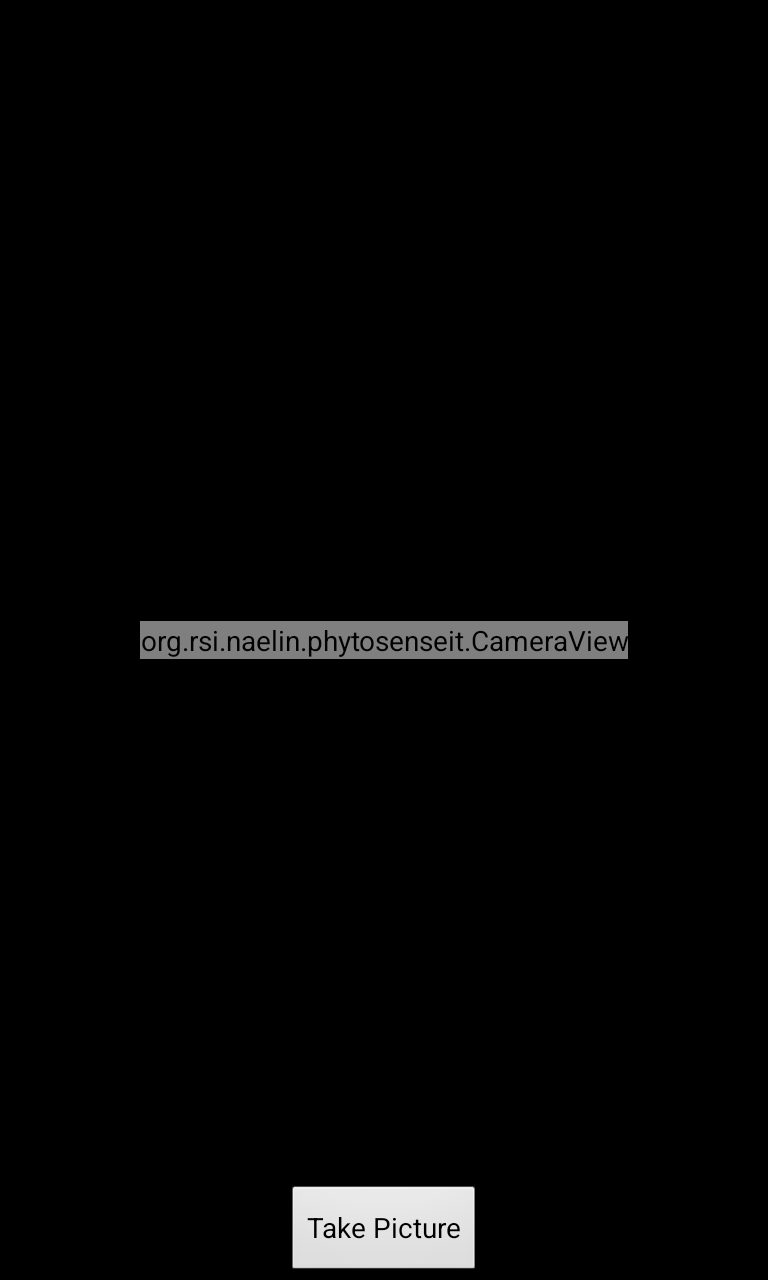
Repository: justnaelin/PhytoSenseIt-app
Layout: PhytoSenseIt/res/layout/activity_main.xml
An editor plug-in stored every save of this project. The layout is shown before and after the next save, followed by the edit.
Pictures or frames that could not be fetched are drawn as grey boxes. It is drawn on a 768 x 1280 px phone screen (xhdpi) without system bars, with theme android:Theme.NoTitleBar.Fullscreen; the app's code is not run.

Above is the layout before, as saved 2015-07-29 18:07:32.

After the next save:
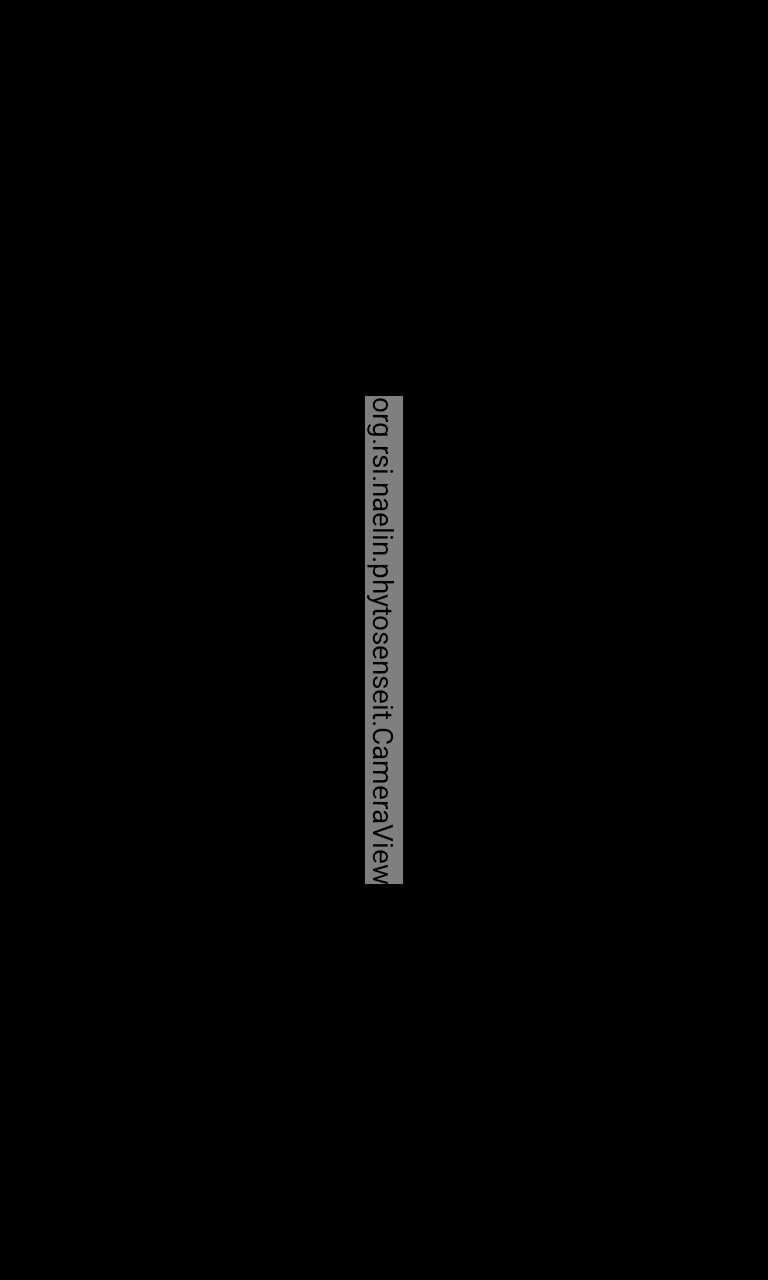
Saved 2 min 7 s later.
--- a/PhytoSenseIt/res/layout/activity_main.xml
+++ b/PhytoSenseIt/res/layout/activity_main.xml
@@ -3,7 +3,9 @@
     xmlns:tools="http://schemas.android.com/tools"
     android:layout_width="match_parent"
     android:layout_height="match_parent"
-    android:orientation="vertical" >
+    android:orientation="vertical"
+    android:rotation = "90"
+     >
 	<!--
     <org.rsi.naelin.phytosenseit.CameraView
         android:id="@+id/java_surface_view"

After the 2 saves that followed:
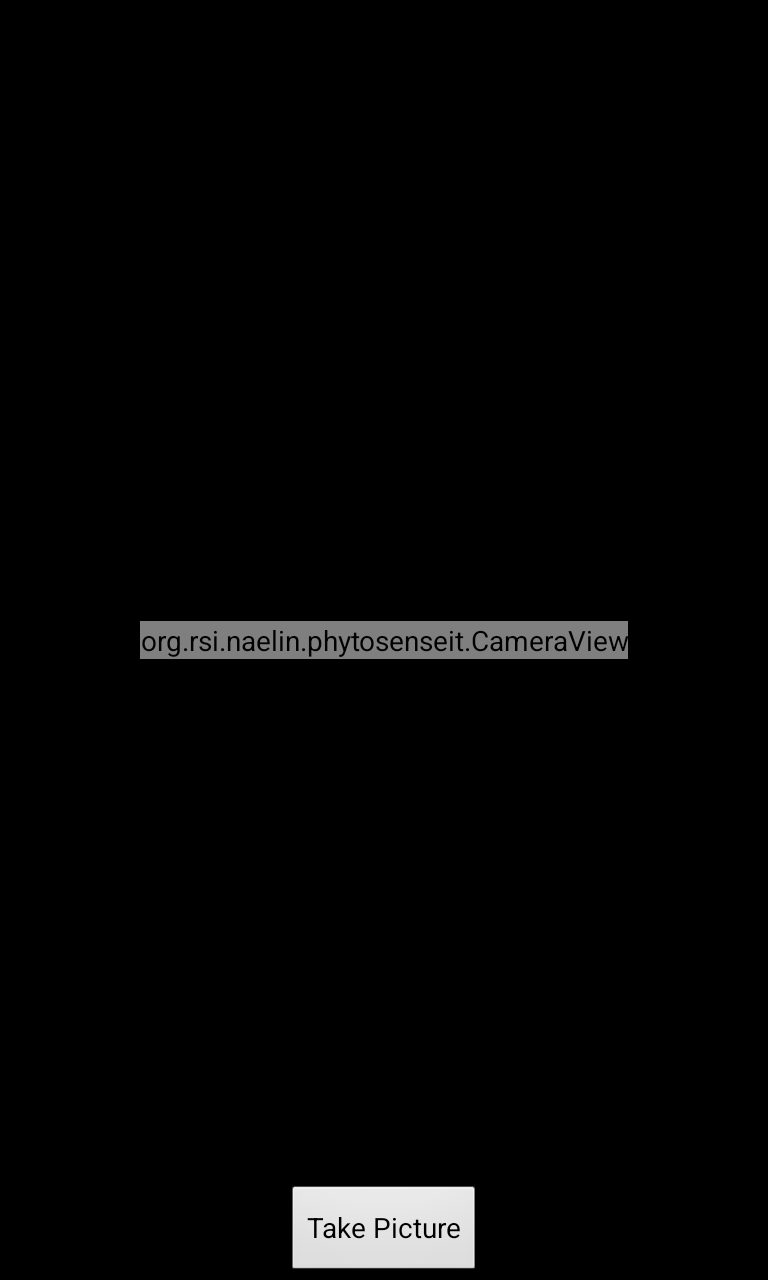
The 2 saves are shown as one change because 1 left the picture as it was.
The last was saved 56 s later.
--- a/PhytoSenseIt/res/layout/activity_main.xml
+++ b/PhytoSenseIt/res/layout/activity_main.xml
@@ -3,8 +3,6 @@
     xmlns:tools="http://schemas.android.com/tools"
     android:layout_width="match_parent"
     android:layout_height="match_parent"
-    android:orientation="vertical"
-    android:rotation = "90"
      >
 	<!--
     <org.rsi.naelin.phytosenseit.CameraView
